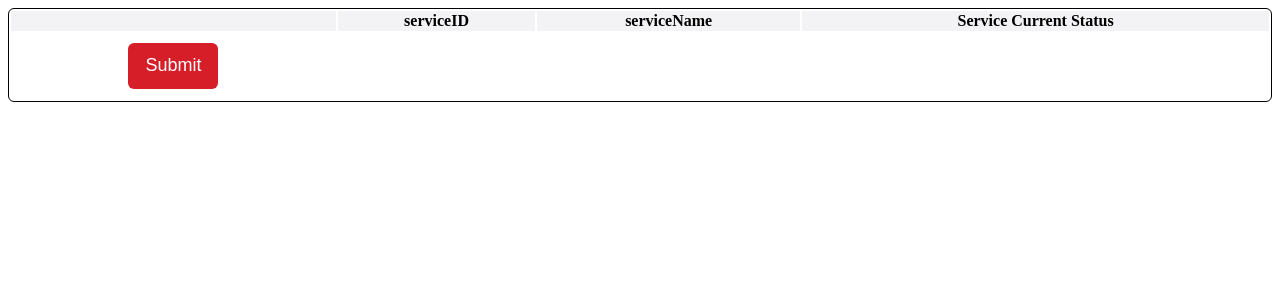
Repository: suma94/MyProjects
Page: http://localhost/SelfServiceSales/Display.jsp
The author's editor kept a copy of each file at every save. The page is drawn from the files as they stood at one save, then again after the next save.
The browser window is 1280 px wide. The pictures show the whole page.
The page is served by Tomcat 9. Other server files are loaded and not shown.

Above is the page before, as saved 2015-08-26 04:39:38.

### SelfServiceSales/WebContent/Display.jsp
<%@ page language="java" contentType="text/html; charset=ISO-8859-1"
    pageEncoding="ISO-8859-1"%>
    <%@ taglib uri="http://java.sun.com/jsp/jstl/core" prefix="c" %>
<!DOCTYPE html PUBLIC "-//W3C//DTD HTML 4.01 Transitional//EN" "http://www.w3.org/TR/html4/loose.dtd">
<html>
<head>
<meta http-equiv="Content-Type" content="text/html; charset=ISO-8859-1">
<link rel="stylesheet" type="text/css" href="styles.css">
<title>Insert title here</title>

</head>
<body>
	<form action="SuspendComplete" method="post">
		<table class="vztable"  >
			<tr>
				<th><th>serviceID<th>serviceName<th>Service Current Status</th>
			</tr>
			<c:forEach var="e" items="${infols}">
			<tr>
				<td><input type="radio"  name="services" value="${e.service_id}"> </td>
				<td><c:out value="${e.service_id}"></c:out> </td>
				<td><c:out value="${e.service_name}"></c:out> </td>
				<td><c:out value="${e.service_current_status}"></c:out> </td>
			</tr>
			</c:forEach>
			<tr>
				<td><input type="submit" value="Submit" name="Suspend" class="vzbtn"></td>
			</tr>
		</table>
	</form>
</body>
</html>

### SelfServiceSales/WebContent/styles.css
.vz-standard-font
{
	font-family:arial;
}
.vzh1
{
	font-family:arial;
	font-style:bold;
	font-size:28px;
	color:#B00000;
}
.vzh2
{
	font-family:arial;
	font-style:bold;
	font-size:24px;
	color:#B00000;
}
.vzh3
{
	font-family:arial;
	font-style:bold;
	font-size:21.33px;
	color:#333333;
}
.vzh4
{
	font-family:arial;
	font-style:bold;
	font-size:18.66px;
	color:#333333;

}
.vzh5
{
	font-family:arial;
	font-style:bold;
	font-size:16px;
	color:#333333;
}
.vzh6
{
	font-family:arial;
	font-style:bold;
	font-size:14.66px;
	color:#333333;
}
.vzred
{
	color:#ED1C24;
}
.vzdarkgrey
{
	color:#595A5D;
}
.vzgrey
{
	color:#D2D3D4;
}
.vzlightgrey
{
	color:#ECEDEE;
}
.vzsecondary1
{
	color:rgb(115,185,176);
}
.vzsecondary2
{
	color:rgb(259,223,76);
}
.vzsecondary3
{
	color:rgb(74,154,77);
}.vzsecondary4
{
	color:rgb(46,103,178);
}
.vzsecondary5
{
	color:rgb(196,159,57);
}
.vzsecondary6
{
	color:rgb(210,102,159);
}
.vzsecondary7
{
	color:rgb(127,52,131);
}
.vzsecondary8
{
	color:rgb(49,149,169);
}
a.vzlink:link {
     font-family:Arial; color:#0066CC; text-decoration:underline;
}

/* visited link */
a.vzlink:visited {
  font-family:Arial; color:#990099; text-decoration:none;

}

/* mouse over link */
a .vzlink:hover {
   font-family:Arial; color:#0066CC; text-decoration:underline;
}

/* selected link */
a.vzlink:active {
font-family:Arial; color:#B00000; text-decoration:none;
}

.vzbtn {
  -webkit-border-radius: 6;
  -moz-border-radius: 6;
 padding: 10px 16px;
font-size: 18px;
line-height: 1.33333;
border-radius: 6px;
margin-bottom: 0px;
font-weight: 400;
text-align: center;
white-space: nowrap;
vertical-align: middle;
cursor: pointer;
-moz-user-select: none;
background-image: none;
border: 1px solid transparent;

  font-family: Arial;
  color: #ffffff;

  background: #d51e27;

  text-decoration: none;
}
.vzbtn:focus {outline:0;}

.vzbtn:hover {
  text-decoration: none;
}
.vzbtnsmall {
  -webkit-border-radius: 3;
  -moz-border-radius: 3;
  padding: 5px 10px;
    padding-top: 5px;
    padding-right: 10px;
    padding-bottom: 5px;
    padding-left: 10px;
font-size: 12px;
line-height: 1.5;
border-radius: 3px;
display: inline-block;
margin-bottom: 0px;
font-weight: 400;
text-align: center;
white-space: nowrap;
vertical-align: middle;
cursor: pointer;
-moz-user-select: none;
background-image: none;
border: 1px solid transparent;

  font-family: Arial;
  color: #ffffff;

  background: #d51e27;

  text-decoration: none;
}
.vzbtnsmall:focus {outline:0;}

.vzbtnsmall:hover {
  text-decoration: none;
}
.vzbtnmedium {
	padding: 6px 12px;
margin-bottom: 0px;
font-size: 14px;
font-weight: 400;
line-height: 1.42857;
text-align: center;
white-space: nowrap;
vertical-align: middle;
cursor: pointer;
-moz-user-select: none;
background-image: none;
border: 1px solid transparent;
border-radius: 4px;
  -webkit-border-radius: 4;
  -moz-border-radius: 4;



  font-family: Arial;
  color: #ffffff;

  background: #d51e27;

  text-decoration: none;
}
.vzbtnmedium:focus {outline:0;}

.vzbtnmedium:hover {
  text-decoration: none;
}
.vzbtnxsmall {
	padding: 1px 5px;
    padding-top: 1px;
    padding-right: 5px;
    padding-bottom: 1px;
    padding-left: 5px;
font-size: 12px;
line-height: 1.5;
border-radius: 3px;
	display: inline-block;
margin-bottom: 0px;
font-weight: 400;
text-align: center;
white-space: nowrap;
vertical-align: middle;
cursor: pointer;
-moz-user-select: none;
background-image: none;
border: 1px solid transparent;

border-radius: 3px;
  -webkit-border-radius: 3;
  -moz-border-radius: 3;



  font-family: Arial;
  color: #ffffff;

  background: #d51e27;

  text-decoration: none;
}
.vzbtnxsmall:focus {outline:0;}

.vzbtnxsmall:hover {
  text-decoration: none;
}
.vzbtn1{
  -webkit-border-radius: 6;
  -moz-border-radius: 6;
 padding: 10px 16px;
font-size: 18px;
line-height: 1.33333;
border-radius: 6px;
margin-bottom: 0px;
font-weight: 400;
text-align: center;
white-space: nowrap;
vertical-align: middle;
cursor: pointer;
-moz-user-select: none;
background-image: none;
border: 1px solid transparent;

  font-family: Arial;
  color: #ffffff;

  background: #464a4f;

  text-decoration: none;
}
.vzbtn1:focus {outline:0;}

.vzbtn1:hover {
  text-decoration: none;
}
.vzbtn1small {
  -webkit-border-radius: 3;
  -moz-border-radius: 3;
  padding: 5px 10px;
    padding-top: 5px;
    padding-right: 10px;
    padding-bottom: 5px;
    padding-left: 10px;
font-size: 12px;
line-height: 1.5;
border-radius: 3px;
display: inline-block;
margin-bottom: 0px;
font-weight: 400;
text-align: center;
white-space: nowrap;
vertical-align: middle;
cursor: pointer;
-moz-user-select: none;
background-image: none;
border: 1px solid transparent;

  font-family: Arial;
  color: #ffffff;

  background: #464a4f;

  text-decoration: none;
}
.vzbtn1small:focus {outline:0;}

.vzbtn1small:hover {
  text-decoration: none;
}
.vzbtn1medium {
	padding: 6px 12px;
margin-bottom: 0px;
font-size: 14px;
font-weight: 400;
line-height: 1.42857;
text-align: center;
white-space: nowrap;
vertical-align: middle;
cursor: pointer;
-moz-user-select: none;
background-image: none;
border: 1px solid transparent;
border-radius: 4px;
  -webkit-border-radius: 4;
  -moz-border-radius: 4;



  font-family: Arial;
  color: #ffffff;

  background: #464a4f;

  text-decoration: none;
}
.vzbtn1medium:focus {outline:0;}

.vzbtn1medium:hover {
  text-decoration: none;
}
.vzbtn1xsmall {
	padding: 1px 5px;
    padding-top: 1px;
    padding-right: 5px;
    padding-bottom: 1px;
    padding-left: 5px;
font-size: 12px;
line-height: 1.5;
border-radius: 3px;
	display: inline-block;
margin-bottom: 0px;
font-weight: 400;
text-align: center;
white-space: nowrap;
vertical-align: middle;
cursor: pointer;
-moz-user-select: none;
background-image: none;
border: 1px solid transparent;

border-radius: 3px;
  -webkit-border-radius: 3;
  -moz-border-radius: 3;



  font-family: Arial;
  color: #ffffff;

  background: #464a4f;

  text-decoration: none;
}
.vzbtn1xsmall:focus {outline:0;}

.vzbtnx1small:hover {
  text-decoration: none;
}


.vzbtn2{
  -webkit-border-radius: 7;
  -moz-border-radius: 7;
  border-radius: 7px;

  font-family: Arial;
  color: #818181;
  font-size: 14px;
  background: #e3e6e5;
  padding: 10px 20px 10px 20px;
  text-decoration: none;
}
.vzbtn2:focus {outline:0;}
.vzbtn2:hover {
  text-decoration: none;
}
.vzbtn2{
  -webkit-border-radius: 6;
  -moz-border-radius: 6;
 padding: 10px 16px;
font-size: 18px;
line-height: 1.33333;
border-radius: 6px;
margin-bottom: 0px;
font-weight: 400;
text-align: center;
white-space: nowrap;
vertical-align: middle;
cursor: pointer;
-moz-user-select: none;
background-image: none;
border: 1px solid transparent;

  font-family: Arial;
  color: #ffffff;

  background: #e3e6e5;

  text-decoration: none;
}
.vzbtn2:focus {outline:0;}

.vzbtn2:hover {
  text-decoration: none;
}
.vzbtn2small {
  -webkit-border-radius: 3;
  -moz-border-radius: 3;
  padding: 5px 10px;
    padding-top: 5px;
    padding-right: 10px;
    padding-bottom: 5px;
    padding-left: 10px;
font-size: 12px;
line-height: 1.5;
border-radius: 3px;
display: inline-block;
margin-bottom: 0px;
font-weight: 400;
text-align: center;
white-space: nowrap;
vertical-align: middle;
cursor: pointer;
-moz-user-select: none;
background-image: none;
border: 1px solid transparent;

  font-family: Arial;
  color: #ffffff;

  background: #e3e6e5;

  text-decoration: none;
}
.vzbtn2small:focus {outline:0;}

.vzbtn2small:hover {
  text-decoration: none;
}
.vzbtn2medium {
	padding: 6px 12px;
margin-bottom: 0px;
font-size: 14px;
font-weight: 400;
line-height: 1.42857;
text-align: center;
white-space: nowrap;
vertical-align: middle;
cursor: pointer;
-moz-user-select: none;
background-image: none;
border: 1px solid transparent;
border-radius: 4px;
  -webkit-border-radius: 4;
  -moz-border-radius: 4;



  font-family: Arial;
  color: #ffffff;

  background: #e3e6e5;

  text-decoration: none;
}
.vzbtn2medium:focus {outline:0;}

.vzbtn2medium:hover {
  text-decoration: none;
}
.vzbtn2xsmall {
	padding: 1px 5px;
    padding-top: 1px;
    padding-right: 5px;
    padding-bottom: 1px;
    padding-left: 5px;
font-size: 12px;
line-height: 1.5;
border-radius: 3px;
	display: inline-block;
margin-bottom: 0px;
font-weight: 400;
text-align: center;
white-space: nowrap;
vertical-align: middle;
cursor: pointer;
-moz-user-select: none;
background-image: none;
border: 1px solid transparent;

border-radius: 3px;
  -webkit-border-radius: 3;
  -moz-border-radius: 3;



  font-family: Arial;
  color: #ffffff;

  background: #e3e6e5;

  text-decoration: none;
}
.vzbtn2xsmall:focus {outline:0;}

.vzbtnx2small:hover {
  text-decoration: none;
}

.vztext {
  display: inline-block;
  -webkit-box-sizing: content-box;
  -moz-box-sizing: content-box;
  box-sizing: content-box;
  padding: 10px 20px;
  border: 1px solid #b7b7b7;
  -webkit-border-radius: 3px;
  border-radius: 3px;
  font: normal 14px/normal Arial, Helvetica, sans-serif;
  color: rgba(40,40,40,1);
  -o-text-overflow: clip;
  text-overflow: clip;
  background: #ecf0f1;
  -webkit-box-shadow: 2px 2px 2px 0 rgba(0,0,0,0.2) inset;
  box-shadow: 2px 2px 2px 0 rgba(0,0,0,0.2) inset;
  text-shadow: 1px 1px 0 rgba(255,255,255,0.66) ;
  -webkit-transition: all 200ms cubic-bezier(0.42, 0, 0.58, 1);
  -moz-transition: all 200ms cubic-bezier(0.42, 0, 0.58, 1);
  -o-transition: all 200ms cubic-bezier(0.42, 0, 0.58, 1);
  transition: all 200ms cubic-bezier(0.42, 0, 0.58, 1);
}

.vztextarea
{

background:#ecf0f1;
color: rgba(40,40,40,1);
border:1px solid #DCDCDC;
border-radius:2px ;
font-size:12px ;
width: 222px ;
padding: 2px ;
box-shadow: 2px 2px 2px 0 rgba(0,0,0,0.2) inset;
-webkit-box-shadow: -2px 0px 8px #DCDCDC;
-moz-box-shadow: -2px 0px 8px #DCDCDC;
}
.vztextarea:focus, input:focus{
    outline: 0;
}
.vztable {
	margin:0px;padding:0px;
	width:100%;
	border:1px solid #000000;

	-moz-border-radius-bottomleft:6px;
	-webkit-border-bottom-left-radius:6px;
	border-bottom-left-radius:6px;

	-moz-border-radius-bottomright:6px;
	-webkit-border-bottom-right-radius:6px;
	border-bottom-right-radius:6px;

	-moz-border-radius-topright:6px;
	-webkit-border-top-right-radius:6px;
	border-top-right-radius:6px;

	-moz-border-radius-topleft:6px;
	-webkit-border-top-left-radius:6px;
	border-top-left-radius:6px;
}.vztable table{
    border-collapse: collapse;
        border-spacing: 0;
	width:100%;
	height:100%;
	margin:0px;padding:0px;
}.vztable tr:last-child td:last-child {
	-moz-border-radius-bottomright:6px;
	-webkit-border-bottom-right-radius:6px;
	border-bottom-right-radius:6px;
}
.vztable table tr:first-child td:first-child {
	-moz-border-radius-topleft:6px;
	-webkit-border-top-left-radius:6px;
	border-top-left-radius:6px;
}
.vztable table tr:first-child td:last-child {
	-moz-border-radius-topright:6px;
	-webkit-border-top-right-radius:6px;
	border-top-right-radius:6px;
}.vztable tr:last-child td:first-child{
	-moz-border-radius-bottomleft:6px;
	-webkit-border-bottom-left-radius:6px;
	border-bottom-left-radius:6px;
}.vztable tr:hover td{

}
.vztable tr:nth-child(odd){ background-color:#f3f3f5; }
.vztable tr:nth-child(even)    { background-color:#ffffff; }.vztable td{
	vertical-align:middle;


	border:1px solid #000000;
	border-width:0px 1px 1px 0px;
	text-align:center;
	padding:10px;
	font-size:13px;
	font-family:Arial;
	font-weight:normal;
	color:#000000;
}.vztable tr:last-child td{
	border-width:0px 1px 0px 0px;
}.vztable tr td:last-child{
	border-width:0px 0px 1px 0px;
}.vztable tr:last-child td:last-child{
	border-width:0px 0px 0px 0px;
}
.vztable tr:first-child td{
		background:-o-linear-gradient(bottom, #595a5d 5%, #595a5d 100%);	background:-webkit-gradient( linear, left top, left bottom, color-stop(0.05, #595a5d), color-stop(1, #595a5d) );
	background:-moz-linear-gradient( center top, #595a5d 5%, #595a5d 100% );
	filter:progid:DXImageTransform.Microsoft.gradient(startColorstr="#595a5d", endColorstr="#595a5d");	background: -o-linear-gradient(top,#595a5d,595a5d);

	background-color:#595a5d;
	border:0px solid #000000;
	text-align:center;
	border-width:0px 0px 1px 1px;
	font-size:14px;
	font-family:Arial;
	font-weight:bold;
	color:#ffffff;
}
.vztable tr:first-child:hover td{
	background:-o-linear-gradient(bottom, #595a5d 5%, #595a5d 100%);	background:-webkit-gradient( linear, left top, left bottom, color-stop(0.05, #595a5d), color-stop(1, #595a5d) );
	background:-moz-linear-gradient( center top, #595a5d 5%, #595a5d 100% );
	filter:progid:DXImageTransform.Microsoft.gradient(startColorstr="#595a5d", endColorstr="#595a5d");	background: -o-linear-gradient(top,#595a5d,595a5d);

	background-color:#595a5d;
}
.vztable tr:first-child td:first-child{
	border-width:0px 0px 1px 0px;
}
.vztable tr:first-child td:last-child{
	border-width:0px 0px 1px 1px;
}

.vztable1 {
	margin:0px;padding:0px;
	width:100%;
	border:1px solid #000000;

	-moz-border-radius-bottomleft:6px;
	-webkit-border-bottom-left-radius:6px;
	border-bottom-left-radius:6px;

	-moz-border-radius-bottomright:6px;
	-webkit-border-bottom-right-radius:6px;
	border-bottom-right-radius:6px;

	-moz-border-radius-topright:6px;
	-webkit-border-top-right-radius:6px;
	border-top-right-radius:6px;

	-moz-border-radius-topleft:6px;
	-webkit-border-top-left-radius:6px;
	border-top-left-radius:6px;
}.vztable1 table{
    border-collapse: collapse;
        border-spacing: 0;
	width:100%;
	height:100%;
	margin:0px;padding:0px;
}.vztable1 tr:last-child td:last-child {
	-moz-border-radius-bottomright:6px;
	-webkit-border-bottom-right-radius:6px;
	border-bottom-right-radius:6px;
}
.vztable1 table tr:first-child td:first-child {
	-moz-border-radius-topleft:6px;
	-webkit-border-top-left-radius:6px;
	border-top-left-radius:6px;
}
.vztable1 table tr:first-child td:last-child {
	-moz-border-radius-topright:6px;
	-webkit-border-top-right-radius:6px;
	border-top-right-radius:6px;
}.vztable1 tr:last-child td:first-child{
	-moz-border-radius-bottomleft:6px;
	-webkit-border-bottom-left-radius:6px;
	border-bottom-left-radius:6px;
}.vztable1 tr:hover td{

}
.vztable1 tr:nth-child(odd){ background-color:#f3f3f5; }
.vztable1 tr:nth-child(even)    { background-color:#ffffff; }.vztable1 td{
	vertical-align:middle;


	border:1px solid #000000;
	border-width:0px 1px 1px 0px;
	text-align:center;
	padding:10px;
	font-size:13px;
	font-family:Arial;
	font-weight:normal;
	color:#000000;
}.vztable1 tr:last-child td{
	border-width:0px 1px 0px 0px;
}.vztable1 tr td:last-child{
	border-width:0px 0px 1px 0px;
}.vztable1 tr:last-child td:last-child{
	border-width:0px 0px 0px 0px;
}
.vztable1 tr:first-child td{
		/* background:-o-linear-gradient(bottom, #595a5d 5%, #595a5d 100%);	background:-webkit-gradient( linear, left top, left bottom, color-stop(0.05, #595a5d), color-stop(1, #595a5d) );
	background:-moz-linear-gradient( center top, #595a5d 5%, #595a5d 100% ); */
	filter:progid:DXImageTransform.Microsoft.gradient(startColorstr="#595a5d", endColorstr="#595a5d");	background: -o-linear-gradient(top,#595a5d,595a5d);


	border:0px solid #000000;
	text-align:center;
	border-width:0px 0px 1px 1px;
	font-size:14px;
	font-family:Arial;


}
/* .vztable1 tr:first-child:hover td{
	background:-o-linear-gradient(bottom, #595a5d 5%, #595a5d 100%);	background:-webkit-gradient( linear, left top, left bottom, color-stop(0.05, #595a5d), color-stop(1, #595a5d) );
	background:-moz-linear-gradient( center top, #595a5d 5%, #595a5d 100% );
	filter:progid:DXImageTransform.Microsoft.gradient(startColorstr="#595a5d", endColorstr="#595a5d");	background: -o-linear-gradient(top,#595a5d,595a5d);

	background-color:#595a5d;
} */
.vztable1 tr:first-child td:first-child{
	border-width:0px 0px 1px 0px;
}
.vztable1 tr:first-child td:last-child{
	border-width:0px 0px 1px 1px;
}


.vzresponsive-container { position: relative; padding-bottom: 56.25%; padding-top: 30px; height: 0; overflow: hidden; }

.vzresponsive-container iframe { position: absolute; top: 0; left: 0; width: 100%; height: 100%; }
.vzlogoContainer {
  width: 20%;
}
.vzlogoContainer img {
max-width: 100%;
}
input[type=radio], input[type=checkbox] {
	    display:none;
	}
input[type=radio] + label:before {
	    content: "";
	    display: inline-block;
	    width: 15px;
	    height: 15px;
	    vertical-align:middle;
	    margin-right: 8px;
	    background-color: #aaa;
	    box-shadow: inset 0px 2px 2px rgba(0, 0, 0, .3);
	    border-radius: 8px;
	}
input[type=checkbox] + label:before {
	    content: "";
	    display: inline-block;
	    width: 15px;
	    height: 15px;
	    vertical-align:middle;
	    margin-right: 8px;
	    background-color: #aaa;
	    box-shadow: inset 0px 2px 2px rgba(0, 0, 0, .3);
	    border-radius: 4px;
	}
input[type=radio]:checked + label:before {
		content: "\2022";
		color:white;
	    background-color: #666;
		font-size:1.8em;
		text-align:center;
		line-height:14px;
		text-shadow:0px 0px 3px #eee;
	}
input[type=checkbox]:checked + label:before {
		content:"\2714";
		color:white;
	    background-color: #666;
		text-align:center;
		line-height:15px;
	    text-shadow:0px 0px 3px #eee;
	}
	.vznavbar-inverse
	{
		background-color: #FFFFFF;
		}
.vznavbar-inverse .vznavbar-nav>.vzactive>a:hover,
.vznavbar-inverse .vznavbar-nav>li>a:hover,
.vznavbar-inverse .vznavbar-nav>li>a:focus
 {
	 background-color: #FFFFFF;
	 }
.vznavbar-inverse .vznavbar-nav>.vzactive>a,
.vznavbar-inverse .vznavbar-nav>.vzopen>a,
.vznavbar-inverse .vznavbar-nav>.vzopen>a,
.vznavbar-inverse .vznavbar-nav>.vzopen>a:hover,
.vznavbar-inverse .vznavbar-nav>.vzopen>a,
.vznavbar-inverse .vznavbar-nav>.vzopen>a:hover,
.vznavbar-inverse .vznavbar-nav>.vzopen>a:focus
{
	background-color: #FFFFFF;
	}
.vzdropdown-menu
{
	background-color: #D2D3D4;
	}
.vzdropdown-menu>li>a:hover,
.vzdropdown-menu>li>a:focus
{
	background-color: #080808;
	}
.vznavbar-inverse
{
	background-image: none;
	}
.vzdropdown-menu>li>a:hover,
.vzdropdown-menu>li>a:focus
{
	background-image: none;
	}
.vznavbar-inverse {
	border-color: #d2d3d4;
	}
.vznavbar-inverse .vznavbar-brand
{
	color: #994812;
	}
.vznavbar-inverse .vznavbar-brand:hover {
	color: #ED1C24
	}
.vznavbar-inverse .vznavbar-nav>li>a
{
	color: #080808;
	}
.vznavbar-inverse .vznavbar-nav>li>a:hover,
.vznavbar-inverse .vznavbar-nav>li>a:focus
{
	color: #ED1C24;
	}
.vznavbar-inverse .vznavbar-nav>.vzactive>a,
.vznavbar-inverse .vznavbar-nav>.vzopen>a,
.vznavbar-inverse .vznavbar-nav>.vzopen>a:hover,
.vznavbar-inverse .vznavbar-nav>.vzopen>a:focus
{
	color: #ED1C24;
	}
.vznavbar-inverse .vznavbar-nav>.vzactive>a:hover,
.vznavbar-inverse .vznavbar-nav>.vzactive>a:focus
{
	color: #ED1C24;
	}
.vzdropdown-menu>li>a
{
color: #080808;
}
.vzdropdown-menu>li>a:hover,
.vzdropdown-menu>li>a:focus
{
	color: #FFFFFF;
}
.vznavbar-inverse .vznavbar-nav>.vzdropdown>a .vzcaret
{
	border-top-color: #080808;
	}
.vznavbar-inverse .vznavbar-nav>.vzdropdown>a:hover .vzcaret
 {
	 border-top-color: #ED1C24;
	 }
.vznavbar-inverse .vznavbar-nav>.vzdropdown>a .vzcaret
{
	border-bottom-color: #080808;
	}
.vznavbar-inverse .vznavbar-nav>.vzdropdown>a:hover .vzcaret
{
	border-bottom-color: #ED1C24;
	}

.inputwrap label {
    display: inline-block;
    width: 100px;
    text-align: right;
}
.select-style {
    /* border: 1px solid #ccc; */
    width: 120px;
    border-radius: 3px;
    overflow: hidden;
    background:  url("menu-icon.png") no-repeat 90% 50%;
	background-color:#d2d3d4;
}

.select-style select {
    padding: 5px 8px;
    width: 130%;
    border: none;
    box-shadow: none;
    background:transparent;
    background-image: none;
    -webkit-appearance: none;
}


.select-style select:focus {
    outline: none;
}

.wrapper         {width:100%;height:100%;margin:0 auto;background:#ffffff}
.h_iframe        {position:relative;}
.h_iframe .ratio {display:block;width:100%;height:auto;}
.h_iframe iframe {position:absolute;top:0;left:0;width:100%; height:100%;}

After the next save:
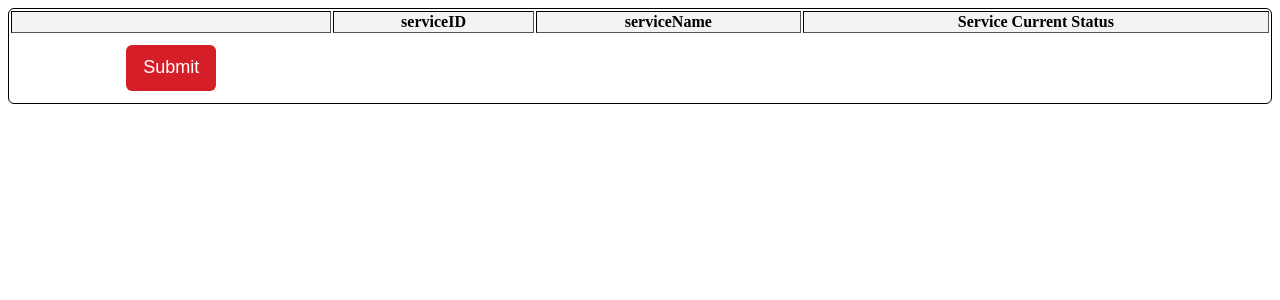
Saved 72 s later.
--- a/SelfServiceSales/WebContent/Display.jsp
+++ b/SelfServiceSales/WebContent/Display.jsp
@@ -11,7 +11,7 @@
 </head>
 <body>
 	<form action="SuspendComplete" method="post">
-		<table class="vztable"  >
+		<table class="vztable" border="1"  >
 			<tr>
 				<th><th>serviceID<th>serviceName<th>Service Current Status</th>
 			</tr>
